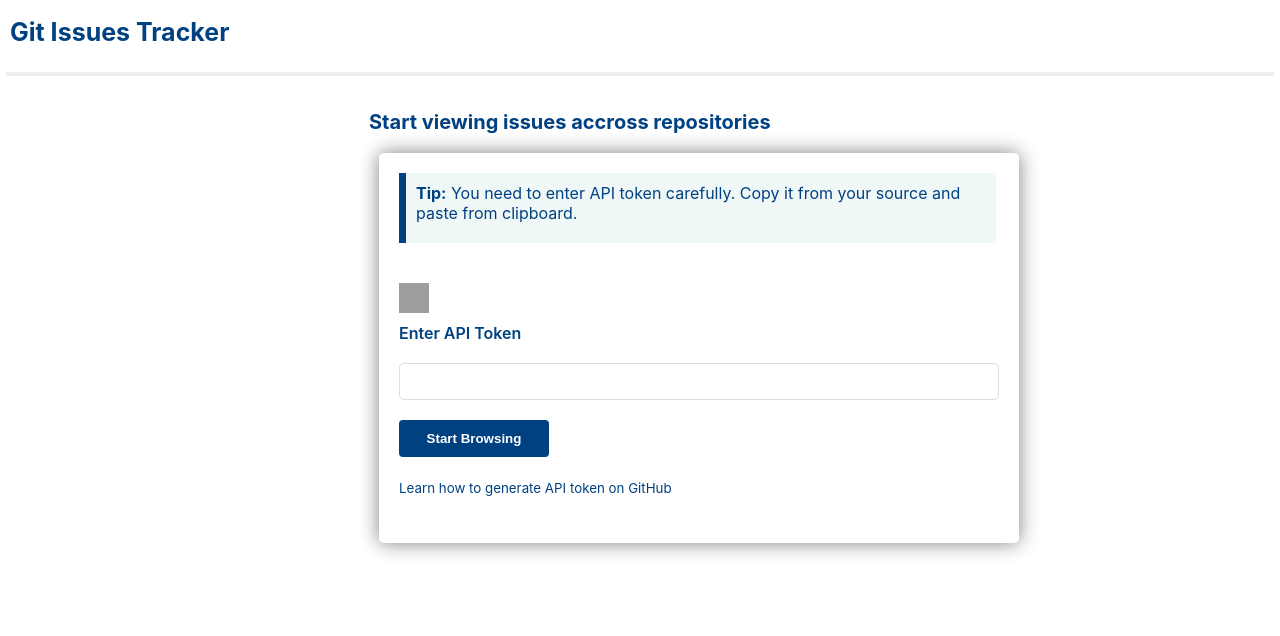
Repository: duzzisantos/github-repos-react-graphql
Page: /
The author's editor kept a copy of each file at every save. The page is drawn from the files as they stood at one save, then again after the next save.
The browser window is 1280 px wide. The pictures show the whole page.
Pictures or frames that could not be fetched are drawn as grey boxes. The project was rebuilt for these pictures with package versions that can differ from the ones it lists, and the page was loaded fresh each time. Also part of the build but not shown: src/components/table/tables.scss, src/components/table/Filters.tsx, src/components/table/Pagination.tsx, src/components/table/TableComponent.tsx, src/components/table/columnHelpers.ts, src/utilities/funtions.ts, src/pages/Repositories.tsx, src/pages/ViewRepository.tsx.

Above is the page before, as saved 2024-06-17 21:01:48.

After the next save:
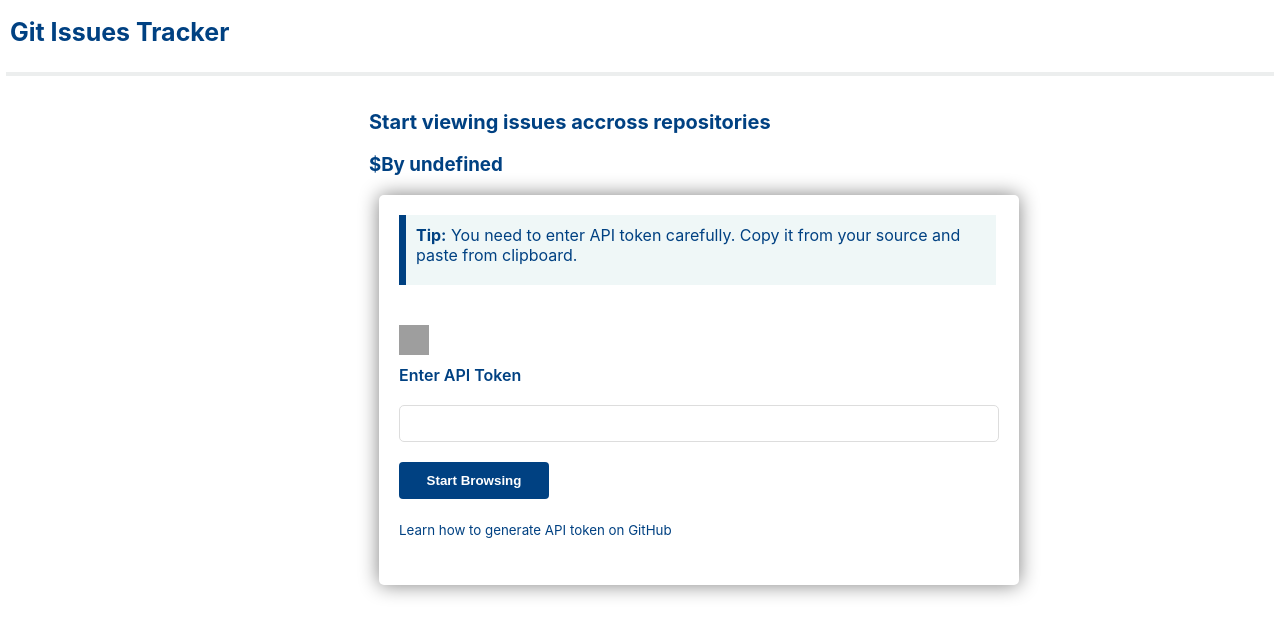
Saved 55 s later.
--- a/src/components/Container.tsx
+++ b/src/components/Container.tsx
@@ -15,7 +15,7 @@ const Container = ({
     <main className="container">
       <section>
         <h2>{pageSubTitle}</h2>
-        <h3>{repositoryOwner}</h3>
+        <h3>{`$By ${repositoryOwner}`}</h3>
         {children}
       </section>
     </main>
